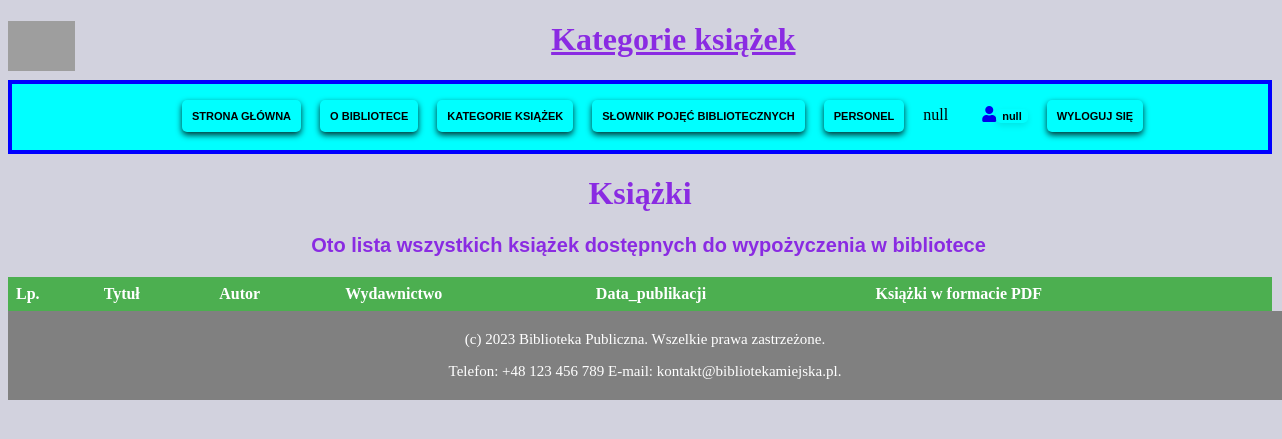
Repository: Dominik098/projekt
Page: http://localhost/biblioteka/C_Kategorie-książek.jsp
An editor plug-in stored every save of this project. The page is shown before and after the next save, followed by the edit.
The browser window is 1280 px wide. The page is 1282 px wide, so the pictures cover 1282 px, including what lies to the right of the window. The pictures show the whole page.
Pictures or frames that could not be fetched are drawn as grey boxes. The page is served by Tomcat 9. Other server files are loaded and not shown. Queries for data that is not in the repository find no rows.

Above is the page before, as saved 2023-06-23 08:52:27.

### java projekt/biblioteka/src/main/webapp/C_Kategorie-książek.jsp
<%@ page language="java" contentType="text/html; charset=UTF-8"%>


<%@ page import="java.sql.*" %>


 <!DOCTYPE html>
<html lang="en">

<head>
    <meta charset="UTF-8">
    <meta http-equiv="X-UA-Compatible" content="IE=edge">
    <meta name="viewport" content="width=device-width, initial-scale=1.0">
    <link rel="stylesheet" href="C_kategorie.css" type="text/css">

    <link rel="icon" type="image/png" href="3.png" sizes="96x96" />
    <link rel="stylesheet" href="https://cdnjs.cloudflare.com/ajax/libs/font-awesome/5.15.3/css/all.min.css"> <!-- do ikony użytkownika -->
    <title>Kategorie książek </title>



</head>

<body>
    <tr>
        <td align="center"><img src="logo.jpg" name="ksiazka" align="left" weight="90px" height="50px"></td>
    </tr>
    <h1>
        <center><u>Kategorie książek</u></center>
    </h1>
    <header>
        <nav>
            <ul>
                <li class="znacznik" ><a href="A_strona-gl.jsp"><button class="wyloguj" >Strona główna</button></a></li>
                <li class="znacznik" ><a href="B_O bibiotece.jsp"><button class="wyloguj" >O bibliotece</button></a></li>
                <li  class="znacznik"><a href="C_Kategorie-książek.jsp"><button class="wyloguj" >Kategorie książek</button></a></li>
                <!--   <li><a href="D_Wypożyczenia.jsp"><button class="pobierz" >Wypożyczane </a></li>-->
                <li class="znacznik"><a href="E_Słownik pojęć.jsp"><button class="wyloguj" >Słownik pojęć bibliotecznych</button></a></li>
                <li class="znacznik"><a href="F_personel.jsp"><button class="wyloguj" >Personel</button></a></li>
               <!-- <li class="znacznik"><a href="G_login.jsp">Logowanie</a></li>
                <li class="znacznik"><a href="H_rejestracja.jsp">Rejestracja</a></li>-->
                <li> <a > <%=session.getAttribute("administrator") %></a><li>
                <li><a href="info_o_koncie.jsp"><i class="fa fa-user"></i><button class="klik" > <%=session.getAttribute("email-login") %></button></a></li>
                <li  ><a href="#" onclick="confirmLogout()"><button class="wyloguj" >Wyloguj się</button></a></li>


            </ul>

        </nav>

    </header>
	    <h1>Książki</h1>

<%
String userRole = (String) session.getAttribute("administrator");
if (userRole != null && userRole.equals("admin")) {
%>
<a href="Dodaj_ksiazke.jsp">
  <button class="dodanie" onclick="return promptForPassword()">Przejdź do formularza<br> aby dodać książkę</button>
</a>
<% } %>

<h3>Oto lista wszystkich książek dostępnych do wypożyczenia w bibliotece </h3>

<table>
    <tr>
        <th>Lp.</th>
        <th>Tytuł</th>
        <th>Autor</th>
        <th>Wydawnictwo</th>
        <th>Data_publikacji</th>
        <th>Książki w formacie PDF</th>
        <% if (userRole != null && userRole.equals("admin")) { %>
        <th>Operacje</th>
        <% } %>
    </tr>
    <%
        try {
            // Połączenie z bazą danych
            String url = "jdbc:mysql://localhost:3306/Biblioteka";
            String user = "root";
            String password = "P@ssw0rd";
            Connection conn = DriverManager.getConnection(url, user, password);

            // Zapytanie SQL
            String sql = "SELECT * FROM Książki";
            PreparedStatement ps = conn.prepareStatement(sql);
            ResultSet rs = ps.executeQuery();

            // Wyświetlenie wyników zapytania
            int i = 0;
            while (rs.next()) {
                i++;
                String tytuł = rs.getString("tytuł");
                String autor = rs.getString("autor");
                String wydawnictwo = rs.getString("wydawnictwo");
                String data_publikacji = rs.getString("data_publikacji");
                String pdf_link = rs.getString("pdf");
    %>
    <tr>
        <td><%= i %></td>
        <td><%= tytuł %></td>
        <td><%= autor %></td>
        <td><%= wydawnictwo %></td>
        <td><%= data_publikacji %></td>
        <td>
            <a href="<%= request.getContextPath() + pdf_link %>" target="_blank" download>
                <button class="pobierz">Pobierz książkę</button>
            </a>
        </td>
        <% if (userRole != null && userRole.equals("admin")) { %>
        <td>
            <form action="Usuń_ksiazke.jsp" method="post">
                <input type="hidden" name="bookId" value="<%= rs.getInt("id") %>">
                <button type="submit" class="usun">Usuń</button>
            </form>
        </td>
        <% } %>
    </tr>
    <%
            }
            // Zamykanie połączenia z bazą danych
            rs.close();
            ps.close();
            conn.close();
        } catch (SQLException e) {
            e.printStackTrace();
        }
    %>
</table>






<script type="text/javascript">

function confirmLogout() {
	if (confirm("Czy na pewno chcesz się wylogować?")) {
		window.location.href = "logout";
	}
}
    // Funkcja pobierająca plik PDF
    function pobierzPDF(link) {
        window.location.href = link;
    }
</script>



    <footer>
        <p>(c) 2023 Biblioteka Publiczna. Wszelkie prawa zastrzeżone.</p>
        <p>Telefon: +48 123 456 789  E-mail: kontakt@bibliotekamiejska.pl.</p>

    </footer>



</body>

</html>

### java projekt/biblioteka/src/main/webapp/C_kategorie.css
body {
    background-color: rgb(210, 210, 222);

}

header {
    border: 4px;
    background-color: aqua;
    border: 4px solid blue;
    padding-bottom: 2px;
}



h1 {
    text-align: center;
    color: blueviolet;

}

h3 {
    text-align: center;
    margin-left: 17px;
    color: blueviolet;
    font-family: Arial;
    font-size: 20px;

}




ul li {
    display: inline;
    margin-left: 5px;
    padding: 5px;

}

ul {
    text-align: center;
}

a {
    padding-top: 5px;
    padding-bottom: 5px;
    text-decoration: none;
}






footer {
    text-align: center;
    font-size: 15px;
    color: white;
    background-color: gray;


    bottom: 0;
    margin-top: auto;
    width: 100%;
    padding: 5px;
}



table {
        background-color: #f9f9f9;
        border-collapse: collapse;
        width: 100%;
    }

    th, td {
        text-align: left;
        padding: 8px;
    }

    th {
        background-color: #4CAF50;
        color: white;
    }


    tr:hover {
  border-bottom: 2px solid red;
}


.pobierz{

  display: inline-block;
  padding: 10px 20px;
  font-size: 12px;
  font-weight: bold;
  text-align: center;
  text-transform: uppercase;
  color: #fff;
  background-color: #4CAF50;
  border: none;
  border-radius: 5px;
  box-shadow: 0 3px 6px rgba(0, 0, 0, 0.3);
  cursor: pointer;
  transition: background-color 0.3s ease;
}

.pobierz:hover {
  background-color: #0056b3;
}

.klik {
  background-color: transparent;
  border: none;
  cursor: pointer;
  background-color:  aqua;
  border: none;
  border-radius: 5px;
  box-shadow: 0 3px 6px rgba(0, 0, 0, 0.1);
  font-size: 11px;
  font-weight: bold;
  text-align: center;
}

.klik:hover {
  background-color: #0056b3;
  color: #ffffff;
}

.wyloguj{

  display: inline-block;
  padding: 10px 10px;
  font-size: 11px;
  font-weight: bold;
  text-align: center;
  text-transform: uppercase;
  color: black;
  background-color:  aqua;
  border: none;
  border-radius: 5px;
  box-shadow: 0 3px 6px rgba(0, 0, 0, 0.8);
  cursor: pointer;
  transition: background-color 0.3s ease;
}

.wyloguj:hover {
  background-color: #0056b3;
}
 .dodanie{
 display: inline-block;
  padding: 10px 10px;
  font-size: 11px;
  font-weight: bold;
  text-align: center;
  text-transform: uppercase;
  color: black;
  background-color:  rgb(210, 210, 222);
  border: none;
  border-radius: 5px;
  box-shadow: 0 3px 6px rgba(0, 0, 0, 0.6);
  cursor: pointer;
  transition: background-color 0.3s ease;

 }
 .dodanie:hover{
 background-color: #0056b3;
 }
#info{
	text-align: center;

}
 #info_przycisk {
        background-color: #4CAF50;
        color: #fff;
        border: none;
        padding: 5px 10px;
        border-radius: 4px;

        cursor: pointer;
        transition: background-color 0.3s ease;
    }

After the next save:
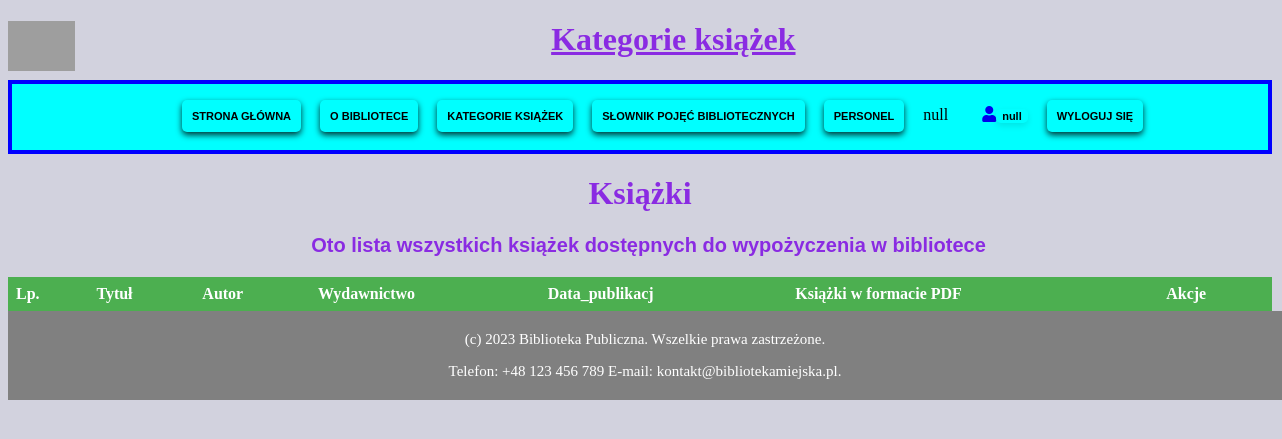
Saved 5 min 27 s later.
--- a/java projekt/biblioteka/src/main/webapp/C_Kategorie-książek.jsp
+++ b/java projekt/biblioteka/src/main/webapp/C_Kategorie-książek.jsp
@@ -49,18 +49,24 @@
         </nav>
 
     </header>
-	    <h1>Książki</h1>
+	    <h1>Książki </h1>
+
 
 <%
-String userRole = (String) session.getAttribute("administrator");
-if (userRole != null && userRole.equals("admin")) {
-%>
+String userRole =(String) session.getAttribute("administrator");
+if(userRole != null && userRole.equals("admin")){
+	%>
+
+
+
 <a href="Dodaj_ksiazke.jsp">
   <button class="dodanie" onclick="return promptForPassword()">Przejdź do formularza<br> aby dodać książkę</button>
 </a>
-<% } %>
+<% }%>
 
-<h3>Oto lista wszystkich książek dostępnych do wypożyczenia w bibliotece </h3>
+
+
+    <h3>Oto lista wszystkich książek dostępnych do wypożyczenia w bibliotece </h3>
 
 <table>
     <tr>
@@ -68,11 +74,11 @@ if (userRole != null && userRole.equals("admin")) {
         <th>Tytuł</th>
         <th>Autor</th>
         <th>Wydawnictwo</th>
-        <th>Data_publikacji</th>
+        <th>Data_publikacj</th>
         <th>Książki w formacie PDF</th>
-        <% if (userRole != null && userRole.equals("admin")) { %>
-        <th>Operacje</th>
-        <% } %>
+        <th>Akcje</th>
+
+
     </tr>
     <%
         try {
@@ -88,35 +94,35 @@ if (userRole != null && userRole.equals("admin")) {
             ResultSet rs = ps.executeQuery();
 
             // Wyświetlenie wyników zapytania
-            int i = 0;
-            while (rs.next()) {
-                i++;
+            int i=0;
+            while (rs.next()) { i++;
                 String tytuł = rs.getString("tytuł");
                 String autor = rs.getString("autor");
                 String wydawnictwo = rs.getString("wydawnictwo");
                 String data_publikacji = rs.getString("data_publikacji");
                 String pdf_link = rs.getString("pdf");
+
+
+
     %>
-    <tr>
-        <td><%= i %></td>
-        <td><%= tytuł %></td>
-        <td><%= autor %></td>
-        <td><%= wydawnictwo %></td>
-        <td><%= data_publikacji %></td>
-        <td>
-            <a href="<%= request.getContextPath() + pdf_link %>" target="_blank" download>
-                <button class="pobierz">Pobierz książkę</button>
-            </a>
-        </td>
-        <% if (userRole != null && userRole.equals("admin")) { %>
-        <td>
-            <form action="Usuń_ksiazke.jsp" method="post">
-                <input type="hidden" name="bookId" value="<%= rs.getInt("id") %>">
-                <button type="submit" class="usun">Usuń</button>
-            </form>
-        </td>
-        <% } %>
-    </tr>
+        <tr>
+            <td><%= i %></td>
+            <td><%= tytuł %></td>
+            <td><%= autor %></td>
+            <td><%= wydawnictwo %></td>
+            <td><%= data_publikacji %></td>
+            <td>
+    <a href="<%= request.getContextPath() + pdf_link %>" target="_blank" download><button class="pobierz">Pobierz książkę </button></a>
+</td>
+<td>
+    <form method="POST" action="delete_book.jsp">
+        <input type="hidden" name="book_id" value="<%= rs.getInt("id") %>">
+        <button type="submit" class="usun">Usuń</button>
+    </form>
+</td>
+
+
+        </tr>
     <%
             }
             // Zamykanie połączenia z bazą danych
